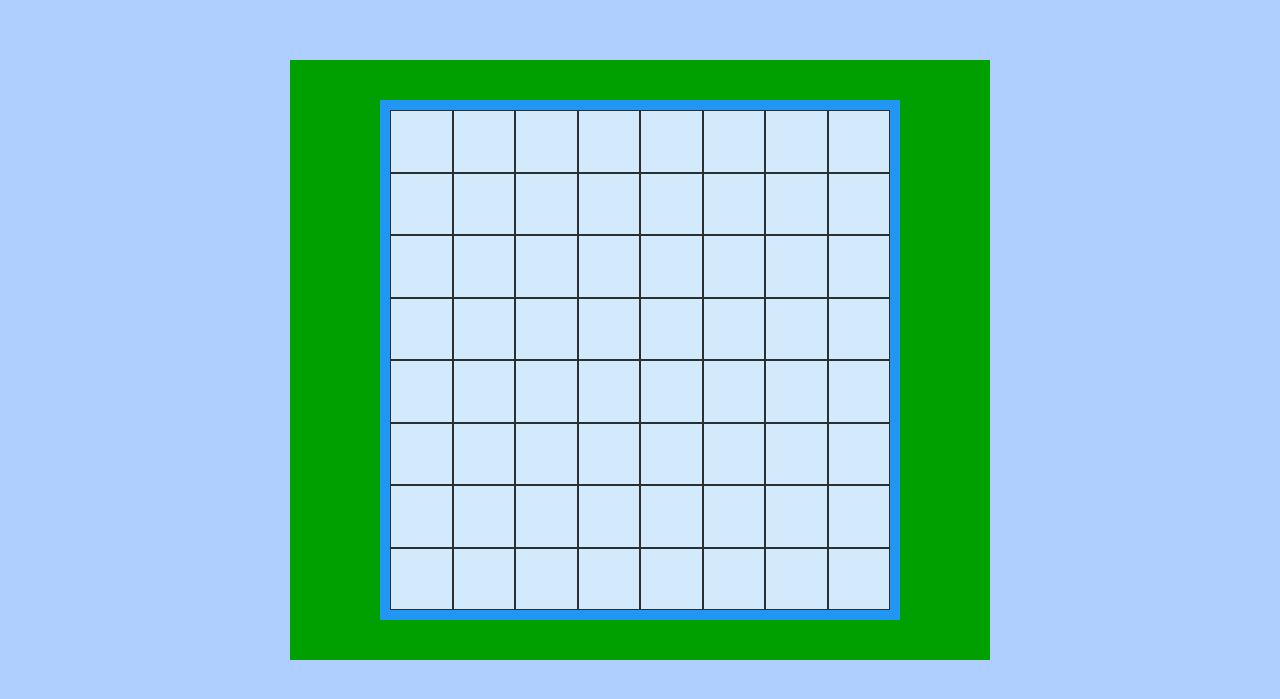
Repository: eliaoucohen72/react-reversi
Page: /
These files come from the project's save history. The page is drawn as it stood at one moment and after a run of saves; the edit follows.
The browser window is 1280 px wide. The pictures show the whole page.
The project was rebuilt for these pictures with package versions that can differ from the ones it lists, and the page was loaded fresh each time. Also part of the build but not shown: vite.config.ts.

Above is the page before, as saved 2024-08-26 12:58:37.

After the next 3 saves:
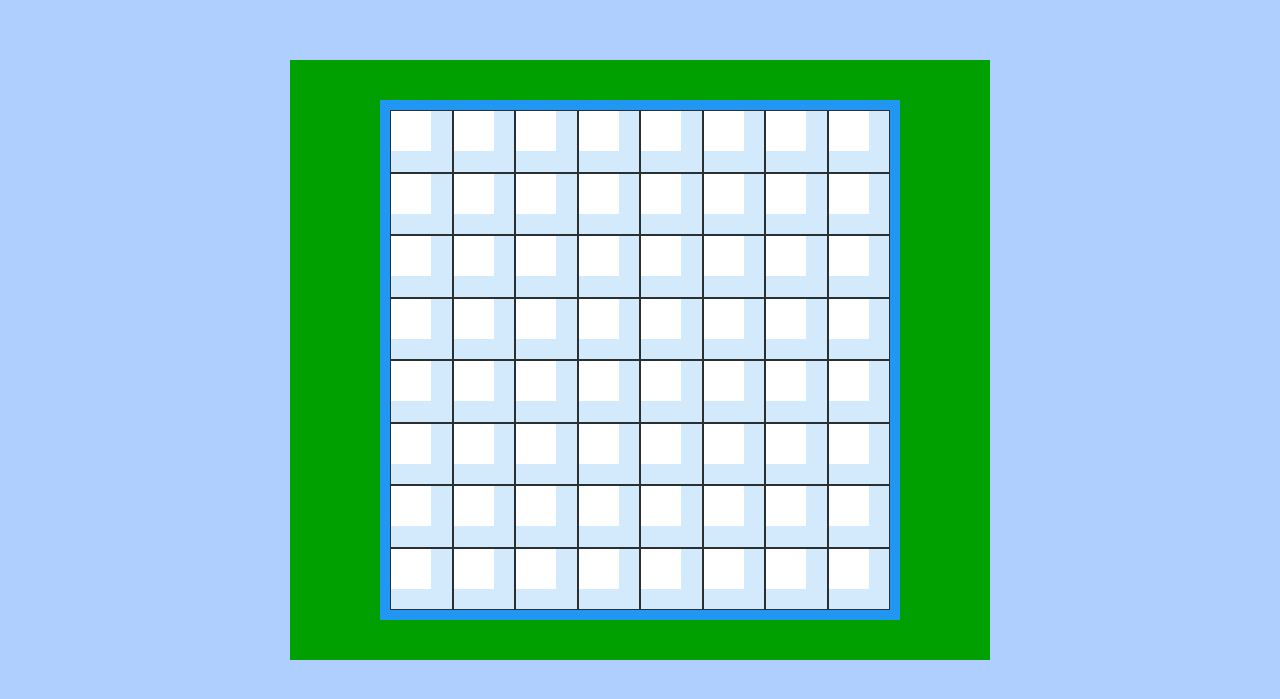
The 3 saves are shown as one change because they came seconds apart.
The last was saved 12 s later.
--- a/src/App.tsx
+++ b/src/App.tsx
@@ -5,7 +5,7 @@ function App() {
     Array.from({ length: 64 }, (_: number, i: number) => {
       return (
         <div className="grid-item">
-          <div style={{ height: "40px", width: "40px" }}></div>
+          <div style={{ height: "40px", width: "40px", backgroundColor: 'white' }}></div>
         </div>
       );
     });
